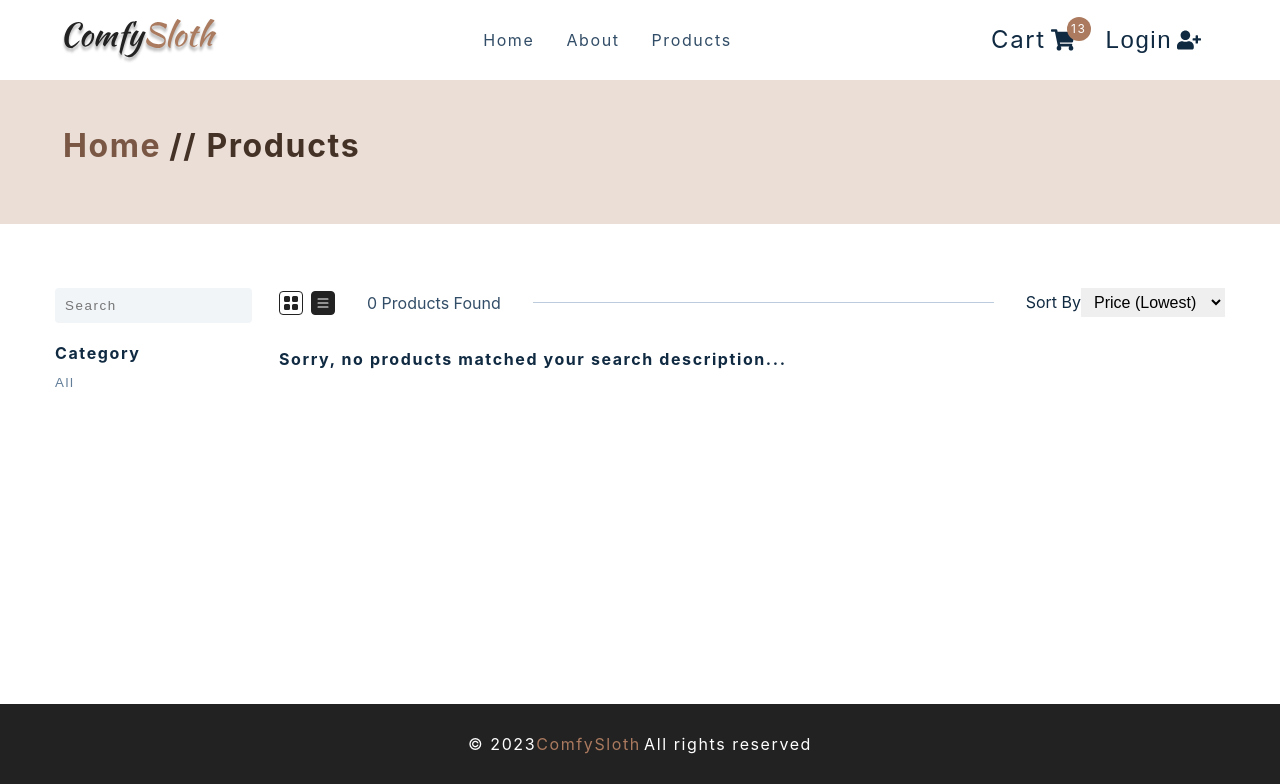
Repository: Maryie-B/React-Practice-Projects
Page: /products (app in Comfy Sloth - Furniture Website/)
An editor plug-in stored every save of this project. The page is shown before and after the next save, followed by the edit.
The browser window is 1280 px wide. The pictures show the whole page.
The page's requests for data from a server got no answer. The project was rebuilt for these pictures with package versions that can differ from the ones it lists, and the page was loaded fresh each time. No one was signed in, and anything a server would have sent is missing. Also part of the build but not shown: Comfy Sloth - Furniture Website/src/components/Error.js, Comfy Sloth - Furniture Website/src/components/Loading.js, Comfy Sloth - Furniture Website/src/components/FeaturedProducts.js, Comfy Sloth - Furniture Website/src/reducers/cart_reducer.js, Comfy Sloth - Furniture Website/src/context/cart_context.js, Comfy Sloth - Furniture Website/src/context/user_context.js, Comfy Sloth - Furniture Website/src/components/Hero.js, Comfy Sloth - Furniture Website/src/components/Services.js and 18 more. Imported but missing from the stored project, and not drawn on this page: Comfy Sloth - Furniture Website/src/components/GridView, Comfy Sloth - Furniture Website/src/components/Product.

Above is the page before, as saved 2023-06-21 17:26:09.

After the next save:
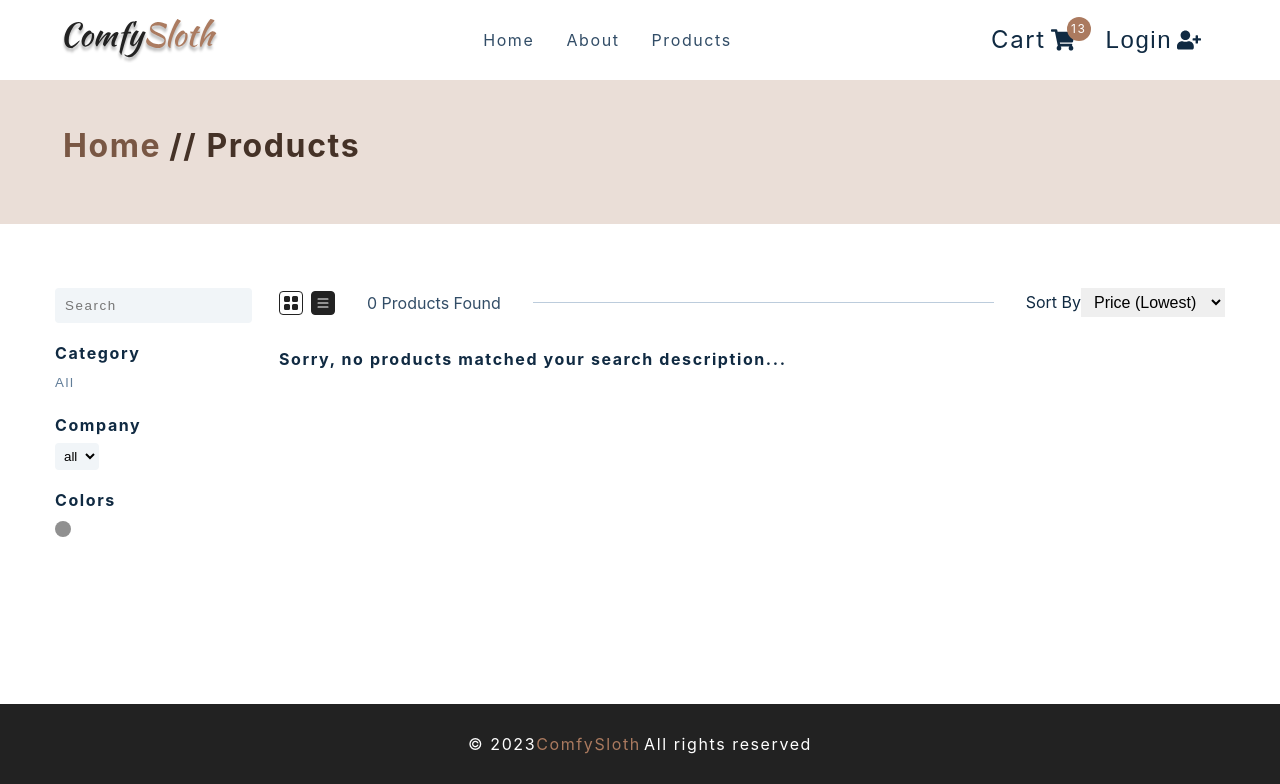
Saved 9 min 8 s later.
--- a/Comfy Sloth - Furniture Website/src/components/Filters.js
+++ b/Comfy Sloth - Furniture Website/src/components/Filters.js
@@ -9,7 +9,7 @@ const Filters = () => {
 
   const categories = getUniqueValues(all_products, 'category');
   const companies = getUniqueValues(all_products, 'companyy');
-  const colorss = getUniqueValues(all_products, 'color');
+  const colors = getUniqueValues(all_products, 'color');
 
   return <Wrapper>
     <div className="content">
@@ -22,6 +22,26 @@ const Filters = () => {
           <div>
             {categories.map((c, index) => {
               return <button key={index}onClick={updateFilters} type='button' name='category' className={`${category === c.toLowerCase() ? 'active' : null}`}>{c}</button>
+            })}
+          </div>
+        </div>
+        <div className="form-control">
+          <h5>company</h5>
+          <select name="company" value={company} onChange={updateFilters} className='company'>
+            {companies.map((c, index) => {
+              return (
+                <option value={c} key={index}>{c}</option>
+              );
+            })}
+          </select>
+        </div>
+        <div className="form-control">
+          <h5>colors</h5>
+          <div className="colors">
+            {colors.map((c, index) => {
+              return <button key={index} name='color' style={{background: c}} className={`${color === c ? 'color-btn active' : 'color-btn' }`} data-color={c} onClick={updateFilters}>
+                {color === c ? <FaCheck /> : null}
+              </button>
             })}
           </div>
         </div>
